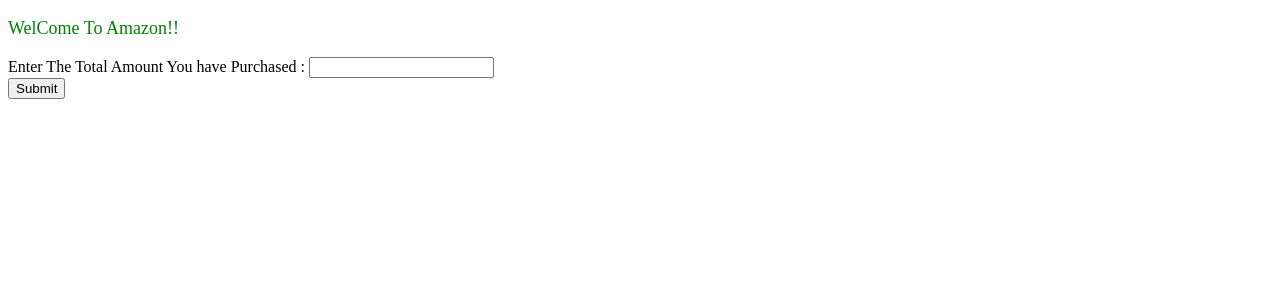
Repository: KavinAdithya/Servlet-JSP
Page: AmazonSale/src/main/webapp/WebPage.html
The author's editor kept a copy of each file at every save. The page is drawn from the files as they stood at one save, then again after the next save.
The browser window is 1280 px wide. The pictures show the whole page.

Above is the page before, as saved 2024-03-17 01:13:53.

### AmazonSale/src/main/webapp/WebPage.html
<!DOCTYPE html>
<html>
	<head>
		<meta charset="ISO-8859-1">
		<title>
			AmazonShop.tech
		</title>
		<link rel="stylesheet" href="WebPageStyle.css">
	</head>
	<body>
		<p class="amazon-para">
			WelCome To Amazon!!
		</p>
		<form action="amazon" method="post">
			Enter The Total Amount You have Purchased : <input type="text" name="amount"><br>
			<input type="submit">
		</form>
	</body>
</html>

### AmazonSale/src/main/webapp/WebPageStyle.css
@charset "ISO-8859-1";
.amazon-para{
	color:green;
	font-size:18px;
}

After the next save:
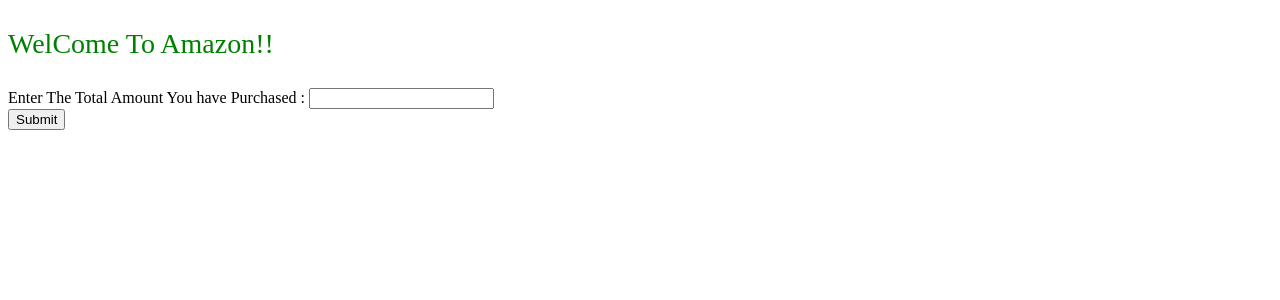
Saved 12 min 6 s later.
--- a/AmazonSale/src/main/webapp/WebPageStyle.css
+++ b/AmazonSale/src/main/webapp/WebPageStyle.css
@@ -1,5 +1,5 @@
 @charset "ISO-8859-1";
 .amazon-para{
 	color:green;
-	font-size:18px;
+	font-size:28px;
 }
